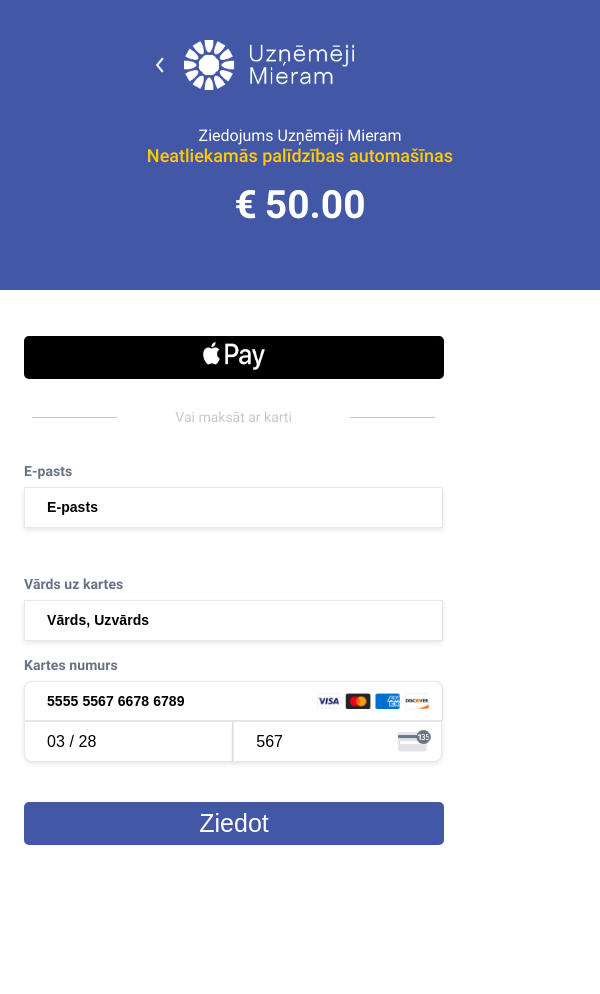
Repository: KatrinaPa/projekts_jul
Page: stripe.html
The author's editor kept a copy of each file at every save. The page is drawn from the files as they stood at one save, then again after the next save.
The browser window is 600 px wide. The pictures show the whole page.

Above is the page before, as saved 2023-08-02 19:49:36.

After the next save:
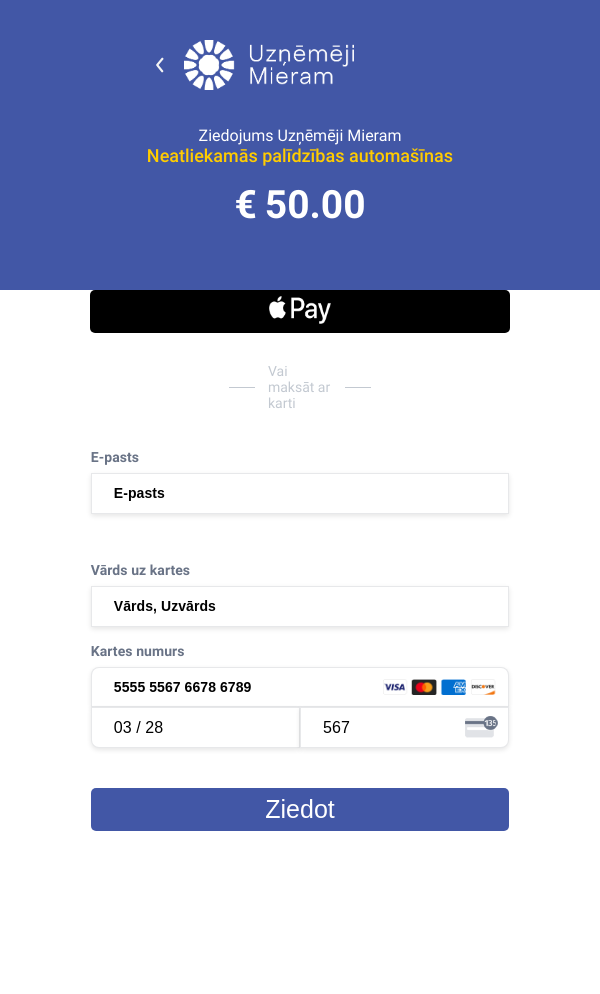
Saved 24 h 48 min later.
--- a/assets/stripe-styles.css
+++ b/assets/stripe-styles.css
@@ -380,6 +380,10 @@
 
     .wrapper_right {
         padding: 2.875rem 1.5rem 3rem 1.5rem;
+        padding: 0;
+        display: flex;
+        flex-direction: column;
+        align-items: center;
     }
 
     .button-ApplePay {
